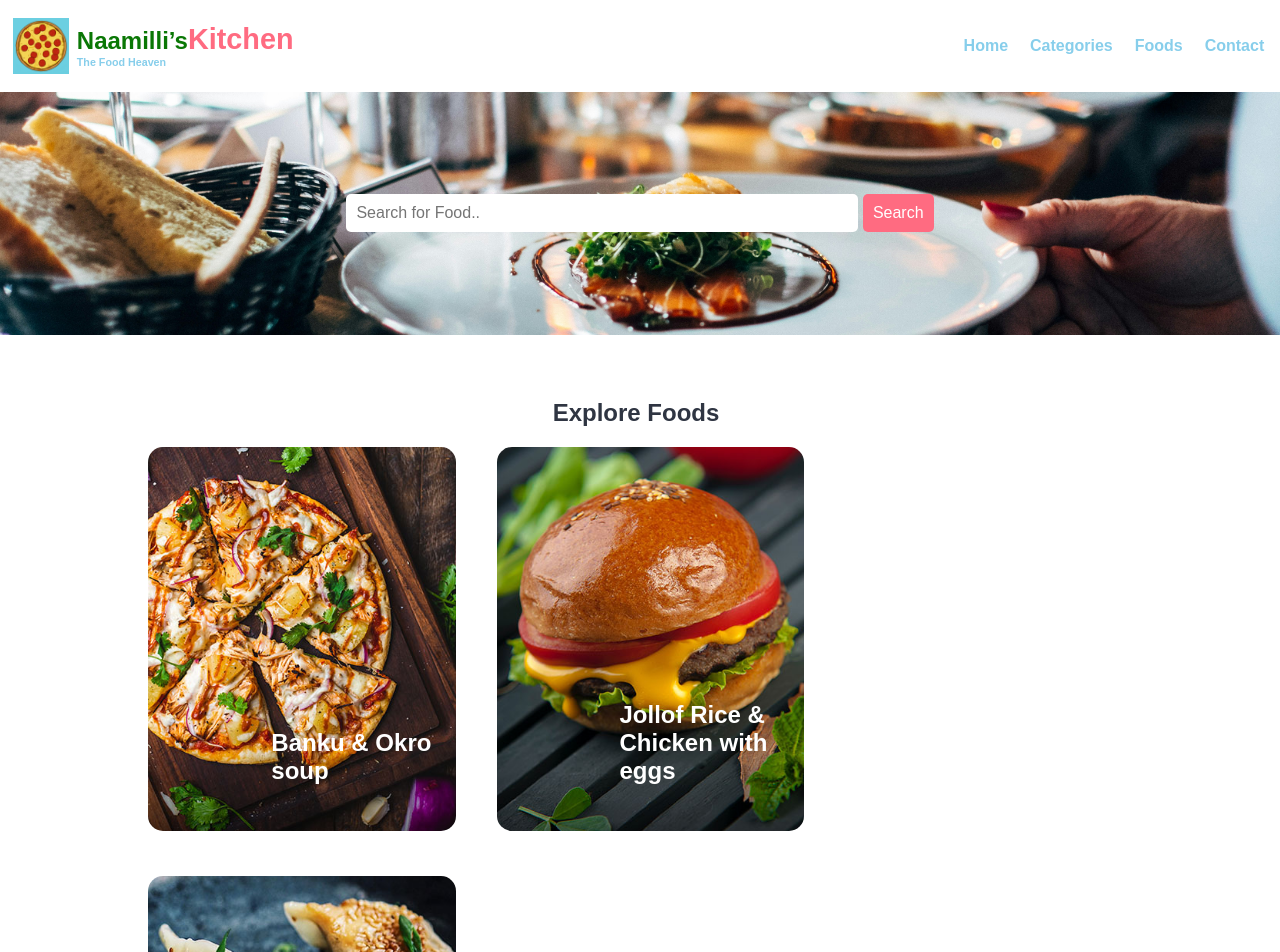
Repository: Saviour-Dagadu/Naamilli
Page: index.html
The author's editor kept a copy of each file at every save. The page is drawn from the files as they stood at one save, then again after the next save.
The browser window is 1280 px wide. The pictures show the part of the page from y = 0 to 952 px (the page is 2386 px tall before and 1931 px after).
A picture or video elsewhere on the page could not be fetched, so the positions and the page height are approximate.

Above is the page before, as saved 2024-12-03 21:42:35.

After the next save:
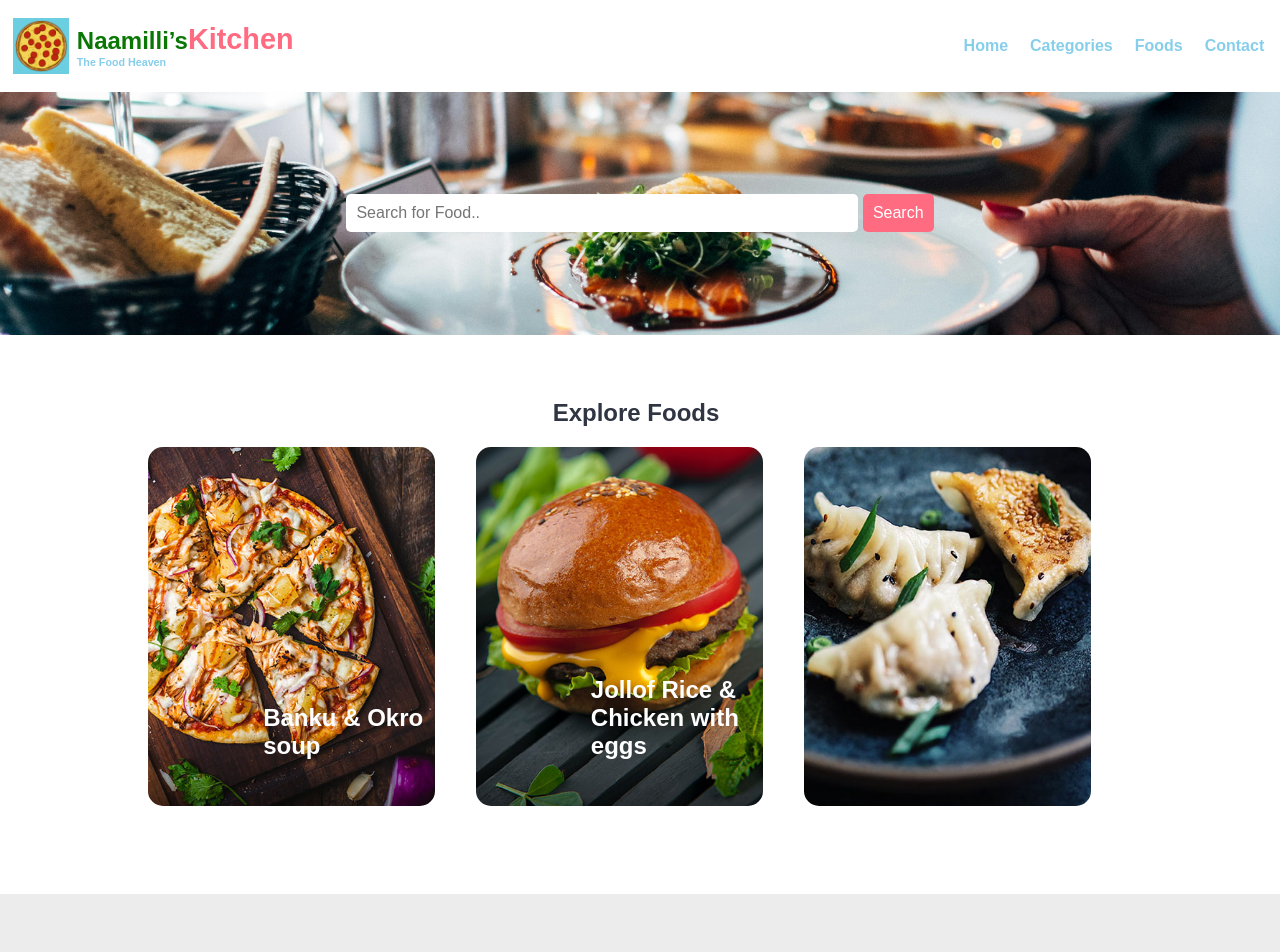
Saved 16 s later.
--- a/css/style.css
+++ b/css/style.css
@@ -149,7 +149,7 @@ fieldset{
 }
 
 .box-3{
-    width: 30%;
+    width: 28%;
     float: left;
     margin: 2%;
 }
